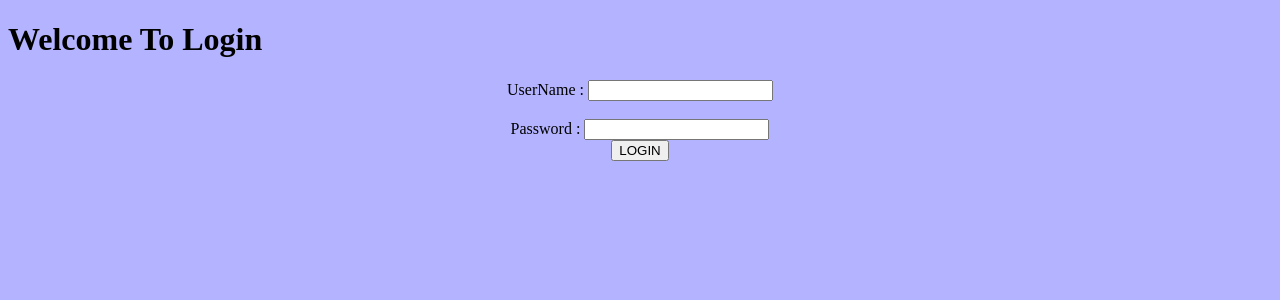
Repository: hitu-1995/reg14_spring_boot
Page: http://localhost/15-Spring-Boot-MVC-Project/login.jsp
An editor plug-in stored every save of this project. The page is shown before and after the next save, followed by the edit.
The browser window is 1280 px wide. The pictures show the whole page.
The page is served by Tomcat 9. Other server files are loaded and not shown.

Above is the page before, as saved 2024-02-16 10:50:15.

### 15-Spring-Boot-MVC-Project/src/main/webapp/login.jsp
<%@ page language="java" contentType="text/html; charset=ISO-8859-1"
    pageEncoding="ISO-8859-1"%>
<!DOCTYPE html>
<html>
<head>
<meta charset="ISO-8859-1">
<title>Insert title here</title>
</head>
<body style="background-color: #b3b3ff">
 <h1>Welcome To Login </h1>
    <div align="center">
     <form action="log">

       <label>UserName : </label>
       <input type="text" name="uname"><br><br>
       <label>Password : </label>
       <input type="text" name="pass"><br>
       <input type="submit" value="LOGIN">
  </form>
    </div>
</body>
</html>

After the next save:
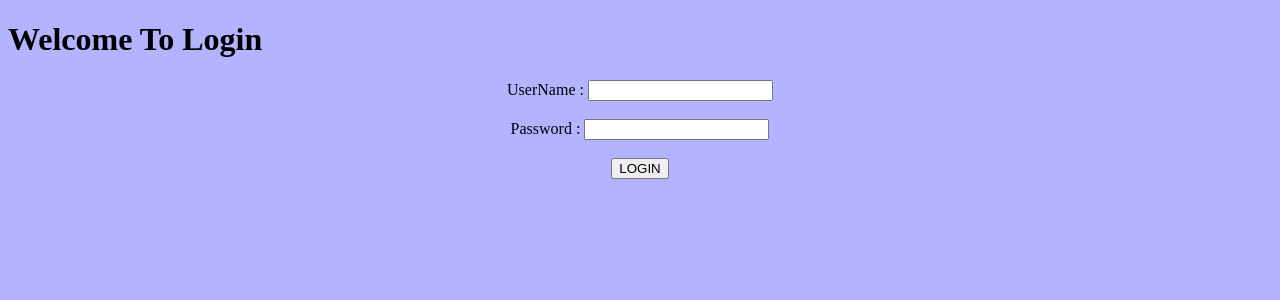
Saved 8 s later.
--- a/15-Spring-Boot-MVC-Project/src/main/webapp/login.jsp
+++ b/15-Spring-Boot-MVC-Project/src/main/webapp/login.jsp
@@ -14,7 +14,7 @@
        <label>UserName : </label>
        <input type="text" name="uname"><br><br>
        <label>Password : </label>
-       <input type="text" name="pass"><br>
+       <input type="text" name="pass"><br><br>
        <input type="submit" value="LOGIN">
   </form>
     </div>
